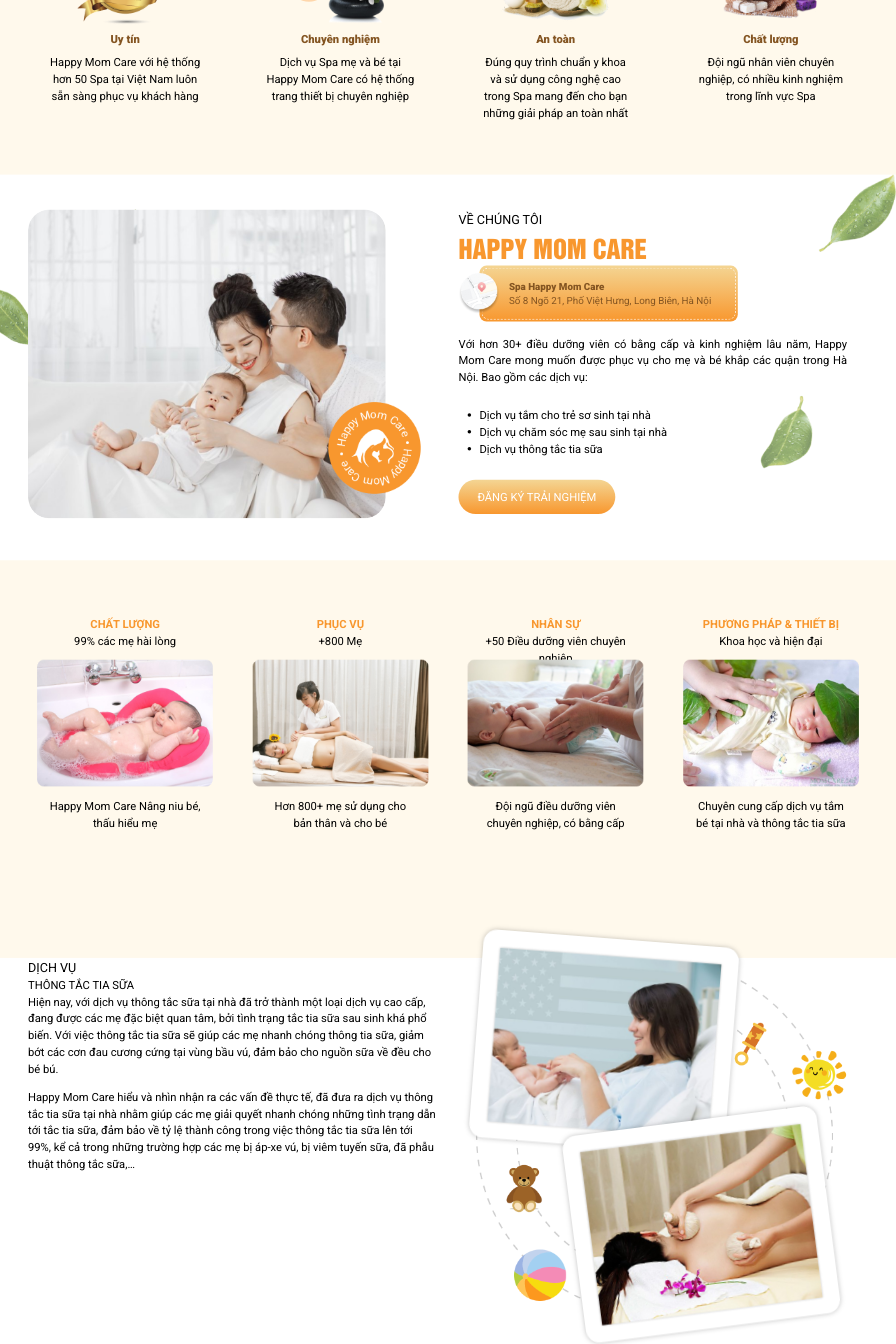
Repository: haianh12082001/happymom
Page: index.html
These files come from the project's save history. The page is drawn as it stood at one moment and after the next save; the edit follows.
The browser window is 1280 px wide. The pictures show the part of the page from y = 869 to 2789 px (the page is 2789 px tall), at 70% of full size.
Some web libraries are served in a nearby version. The style sheet was rebuilt from its Sass, Less or Tailwind sources for each picture, by a compiler version that may differ from the author's.

Above is the page before, as saved 2021-11-16 10:07:44.

### index.html
<!DOCTYPE html>
<html lang="en">
    <head>
        <meta charset="UTF-8" />
        <meta http-equiv="X-UA-Compatible" content="IE=edge" />
        <meta name="viewport" content="width=device-width, initial-scale=1.0" />
        <title>Document</title>
        <link href="https://fonts.googleapis.com/css2?family=Roboto:wght@300;400;500;700;900&display=swap" rel="stylesheet" />
        <link rel="stylesheet" href="./assets/fonts/fontawesome-free-5.15.3/css/all.min.css" />
        <link
            rel="stylesheet"
            href="https://cdn.jsdelivr.net/npm/bootstrap@4.6.0/dist/css/bootstrap.min.css"
            integrity="sha384-B0vP5xmATw1+K9KRQjQERJvTumQW0nPEzvF6L/Z6nronJ3oUOFUFpCjEUQouq2+l"
            crossorigin="anonymous"
        />
        <link rel="stylesheet" href="./assets/css/app.css" />
    </head>
    <body>
        <div class="topbar">
            <div class="topbar__container container">
                <div class="topbar__logo">
                    <img src="./assets/img/logo.png" alt="" />
                </div>
                <div class="topbar__openTime">
                    <div class="openTime__text">Giờ mở cửa</div>
                    <div class="openTime__time">8h00 - 16h00</div>
                </div>
                <div class="topbar__seach">
                    <input type="text" name="" id="" placeholder="Tìm kiếm" />
                    <button class="button__seach">
                        <i class="fas fa-search r"></i>
                    </button>
                </div>
                <div class="topbar__hotline">
                    <div class="hotline__icon">
                        <img src="./assets/img/icon__phone.png" alt="" />
                    </div>
                    <div class="hotline__text">
                        <p class="hotline__text--top">Hotline:</p>
                        <p class="hotline__text--bottom">0944 430 977</p>
                    </div>
                </div>
                <div class="topbar__book">
                    <div class="book__icon">
                        <i class="fas fa-calendar-alt"></i>
                    </div>
                    <p class="book__text">Đặt lịch hẹn</p>
                </div>
            </div>
        </div>
        <header class="header">
            <div class="header__container container">
                <ul class="header__list">
                    <li class="header__item">
                        <a href="#" class="header__link">Trang chủ</a>
                    </li>
                    <li class="header__item">
                        <a href="#" class="header__link">Giới thiệu</a>
                    </li>
                    <li class="header__item">
                        <a href="#" class="header__link">Dịch vụ</a>
                    </li>
                    <li class="header__item">
                        <a href="#" class="header__link">Khoá học</a>
                    </li>
                    <li class="header__item">
                        <a href="#" class="header__link">Hệ thống đại lý</a>
                    </li>
                    <li class="header__item">
                        <a href="#" class="header__link">Tin tức</a>
                    </li>
                    <li class="header__item">
                        <a href="#" class="header__link">Liên hệ</a>
                    </li>
                </ul>
                <ul class="header__social">
                    <li>
                        <a href="#">
                            <i class="fab fa-facebook-f"></i>
                        </a>
                    </li>
                    <li>
                        <a href="#">
                            <i class="fab fa-twitter"></i>
                        </a>
                    </li>
                    <li>
                        <a href="#">
                            <i class="fab fa-google-plus-g"></i>
                        </a>
                    </li>
                    <li>
                        <a href="#">
                            <i class="fab fa-skype"></i>
                        </a>
                    </li>
                </ul>
            </div>
        </header>
        <section class="banner">
            <div class="banner__content">
                <div class="banner__img">
                    <img src="./assets/img/banner/Rectangle 28.png" alt="" />
                </div>
                <!-- <div class="banner__phone">
                    <div class="icon">
                        <i class="fas fa-phone-alt"></i>
                    </div>
                    <div class="text">0944 430 977</div>
                </div> -->
            </div>
        </section>
        <section class="bannerAdv">
            <div class="bannerAdv__container container">
                <div class="row">
                    <div class="bannerAdv__item col-lg-3">
                        <div class="bannerAdv__item--top">
                            <div class="text">01</div>
                            <img src="./assets/img/bannerAdv/pngwing 6.png" alt="" />
                        </div>
                        <div class="bannerAdv__item--bottom">
                            <div class="name">Uy tín</div>
                            <p class="des">Happy Mom Care với hệ thống hơn 50 Spa tại Việt Nam luôn sẵn sàng phục vụ khách hàng</p>
                        </div>
                    </div>
                    <div class="bannerAdv__item col-lg-3">
                        <div class="bannerAdv__item--top">
                            <div class="text">02</div>
                            <img src="./assets/img/bannerAdv/pngwing 8.png" alt="" />
                        </div>
                        <div class="bannerAdv__item--bottom">
                            <div class="name">Chuyên nghiệm</div>
                            <p class="des">Dịch vụ Spa mẹ và bé tại Happy Mom Care có hệ thống trang thiết bị chuyên nghiệp</p>
                        </div>
                    </div>
                    <div class="bannerAdv__item col-lg-3">
                        <div class="bannerAdv__item--top">
                            <div class="text">03</div>
                            <img src="./assets/img/bannerAdv/pngwing 9.png" alt="" />
                        </div>
                        <div class="bannerAdv__item--bottom">
                            <div class="name">An toàn</div>
                            <p class="des">Đúng quy trình chuẩn y khoa và sử dụng công nghệ cao trong Spa mang đến cho bạn những giải pháp an toàn nhất</p>
                        </div>
                    </div>
                    <div class="bannerAdv__item col-lg-3">
                        <div class="bannerAdv__item--top">
                            <div class="text">04</div>
                            <img src="./assets/img/bannerAdv/pngwing 10.png" alt="" />
                        </div>
                        <div class="bannerAdv__item--bottom">
                            <div class="name">Chất lượng</div>
                            <p class="des">Đội ngũ nhân viên chuyên nghiệp, có nhiều kinh nghiệm trong lĩnh vực Spa</p>
                        </div>
                    </div>
                </div>
            </div>
        </section>
        <section class="introduce">
            <div class="introduce__container container">
                <div class="row">
                    <div class="col-lg-6">
                        <div class="introduce__img">
                            <img src="./assets/img/Rectangle 33.png" alt="" />
                        </div>
                    </div>
                    <div class="col-lg-6">
                        <div class="introduce__heading">Về chúng tôi</div>
                        <div class="introduce__name">Happy mom care</div>
                        <div class="introduce__address">
                            <div class="introduce__address--img">
                                <img src="./assets/img/Ellipse 29.png" alt="" />
                            </div>
                            <div class="introduce__address--text">
                                <p>Spa Happy Mom Care</p>
                                <span>Số 8 Ngõ 21, Phố Việt Hưng, Long Biên, Hà Nội</span>
                            </div>
                        </div>
                        <div class="introduce__text">
                            <p>
                                Với hơn 30+ điều dưỡng viên có bằng cấp và kinh nghiệm lâu năm, Happy Mom Care mong muốn được phục vụ cho mẹ và bé khắp các quận
                                trong Hà Nội. Bao gồm các dịch vụ:
                            </p>
                            <ul class="text__list">
                                <li>Dịch vụ tắm cho trẻ sơ sinh tại nhà</li>
                                <li>Dịch vụ chăm sóc mẹ sau sinh tại nhà</li>
                                <li>Dịch vụ thông tắc tia sữa</li>
                            </ul>
                        </div>
                        <div class="introduce__btn">
                            <a href="">Đăng ký trải nghiệm</a>
                        </div>
                    </div>
                </div>
            </div>
        </section>
        <section class="blog">
            <div class="blog__container container">
                <div class="row">
                    <div class="blog__item col-lg-3">
                        <div class="blog__name">Chất lượng</div>
                        <div class="blog__subname">99% các mẹ hài lòng</div>
                        <div class="blog__img">
                            <img src="./assets/img/blog/Rectangle 35 (3).png" alt="" />
                        </div>
                        <div class="blog__des">Happy Mom Care Nâng niu bé, thấu hiểu mẹ</div>
                        <div class="blog__btn btn">
                            <a href="">Tìm hiểu thêm</a>
                            <img class="blog__btn--img" src="./assets/img/blog/plant 1.png" alt="" />
                        </div>
                    </div>
                    <div class="blog__item col-lg-3">
                        <div class="blog__name">Phục vụ</div>
                        <div class="blog__subname">+800 Mẹ</div>
                        <div class="blog__img">
                            <img src="./assets/img/blog/Rectangle 35 (4).png" alt="" />
                        </div>
                        <div class="blog__des">Hơn 800+ mẹ sử dụng cho bản thân và cho bé</div>
                        <div class="blog__btn btn">
                            <a href="">Tìm hiểu thêm</a>
                            <img class="blog__btn--img" src="./assets/img/blog/plant 1.png" alt="" />
                        </div>
                    </div>
                    <div class="blog__item col-lg-3">
                        <div class="blog__name">Nhân sự</div>
                        <div class="blog__subname">+50 Điều dưỡng viên chuyên nghiệp</div>
                        <div class="blog__img">
                            <img src="./assets/img/blog/Rectangle 35 (5).png" alt="" />
                        </div>
                        <div class="blog__des">Đội ngũ điều dưỡng viên chuyên nghiệp, có bằng cấp</div>
                        <div class="blog__btn btn">
                            <a href="">Tìm hiểu thêm</a>
                            <img class="blog__btn--img" src="./assets/img/blog/plant 1.png" alt="" />
                        </div>
                    </div>
                    <div class="blog__item col-lg-3">
                        <div class="blog__name">PHƯƠNG PHÁP & THIẾT BỊ</div>
                        <div class="blog__subname">Khoa học và hiện đại</div>
                        <div class="blog__img">
                            <img src="./assets/img/blog/Rectangle 35 (6).png" alt="" />
                        </div>
                        <div class="blog__des">Chuyên cung cấp dịch vụ tắm bé tại nhà và thông tắc tia sữa</div>
                        <div class="blog__btn btn">
                            <a href="">Tìm hiểu thêm</a>
                            <img class="blog__btn--img" src="./assets/img/blog/plant 1.png" alt="" />
                        </div>
                    </div>
                </div>
            </div>
        </section>
        <seaction class="serviceOne">
            <div class="serviceOne__container container">
                <div class="row">
                    <div class="col-lg-6 serviceOne__left">
                        <div class="service__title">Dịch vụ</div>
                        <div class="service__name">Thông tắc tia sữa</div>
                        <p>
                            Hiện nay, với dịch vụ thông tắc sữa tại nhà đã trở thành một loại dịch vụ cao cấp, đang được các mẹ đặc biệt quan tâm, bởi tình
                            trạng tắc tia sữa sau sinh khá phổ biến. Với việc thông tắc tia sữa sẽ giúp các mẹ nhanh chóng thông tia sữa, giảm bớt các cơn đau
                            cương cứng tại vùng bầu vú, đảm bảo cho nguồn sữa về đều cho bé bú.
                        </p>
                        <p>
                            Happy Mom Care hiểu và nhìn nhận ra các vấn đề thực tế, đã đưa ra dịch vụ thông tắc tia sữa tại nhà nhằm giúp các mẹ giải quyết
                            nhanh chóng những tình trạng dẫn tới tắc tia sữa, đảm bảo về tỷ lệ thành công trong việc thông tắc tia sữa lên tới 99%, kể cả trong
                            những trường hợp các mẹ bị áp-xe vú, bị viêm tuyến sữa, đã phẫu thuật thông tắc sữa,…
                        </p>
                    </div>
                    <div class="col-lg-6 serviceOne__right">
                        <div class="bigCircle__img">
                            <img src="./assets/img/serviceOne/Group 392.png" alt="" />
                        </div>
                        <div class="serviceOne__img--top">
                            <img src="./assets/img/serviceOne/Rectangle 37 (1).png" alt="" />
                        </div>
                        <div class="serviceOne__img--bottom">
                            <img src="./assets/img/serviceOne/Rectangle 38 (1).png" alt="" />
                        </div>
                    </div>
                </div>
            </div>
        </seaction>
        <script type="text/javascript" src="https://code.jquery.com/jquery-1.11.0.min.js"></script>
        <script type="text/javascript" src="https://code.jquery.com/jquery-migrate-1.2.1.min.js"></script>
        <script
            src="https://cdnjs.cloudflare.com/ajax/libs/bootstrap/4.6.0/js/bootstrap.min.js"
            integrity="sha512-XKa9Hemdy1Ui3KSGgJdgMyYlUg1gM+QhL6cnlyTe2qzMCYm4nAZ1PsVerQzTTXzonUR+dmswHqgJPuwCq1MaAg=="
            crossorigin="anonymous"
            referrerpolicy="no-referrer"
        ></script>
        <script type="text/javascript" src="https://cdn.jsdelivr.net/npm/slick-carousel@1.8.1/slick/slick.min.js"></script>
        <script src="./assets/js/main.js"></script>
    </body>
</html>

### assets/sass/app.scss
@import "variables";
@import "reset";
@import "global";
@import "topbar";
@import "header";
@import "banner";
@import "bannerAdv";
@import "introduce";
@import "blog";
@import "service";

### assets/sass/_variables.scss
$font-family: "Roboto", sans-serif;
$color-global: #f8972e;
$text-color: #000000;

### assets/sass/_reset.scss
html {
    box-sizing: border-box;
    scroll-behavior: smooth;
}
* {
    margin: 0;
    padding: 0;
}
*,
*:before,
*:after {
    box-sizing: border-box;
}
input,
textarea,
select,
button {
    outline: none;
}
input {
    line-height: normal;
    outline: none;
    box-shadow: none;
}
input:focus {
    outline: 0;
    border: none;
    box-shadow: none;
}
ul,
li {
    margin: 0;
    padding: 0;
    list-style: none;
}
label,
button {
    cursor: pointer;
}
a {
    text-decoration: none;
    &:hover {
        text-decoration: none;
    }
}
img {
    display: block;
    max-width: 100%;
}

### assets/sass/_global.scss
@font-face {
    font-family: "UTM";
    font-display: swap;
    src: url("../fonts/word/UTM\ HelvetIns.ttf") format("truetype");
}
@font-face {
    font-family: "Time";
    font-display: swap;
    src: url("../fonts/word/timesbd.ttf") format("truetype");
}
body {
    font-family: $font-family;
    margin: 0;
    padding: 0;
    width: 100%;
    font-size: 16px;
    color: $text-color;
}
.container {
    max-width: 1230px;
    margin: 0 auto;
    padding: 0 15px;
}

### assets/sass/_header.scss
.header {
    // height: 59px;
    background: $color-global;
    &__container {
        display: flex;
        justify-content: space-between;
        align-items: center;
    }
    &__list {
        display: flex;
        justify-content: space-between;
        text-transform: uppercase;
        align-items: center;
        // column-gap: 66px;
    }
    &__item {
        margin-left: 66px;
        padding: 16px 0;
        &:first-child {
            margin-left: 0;
        }
    }
    &__link {
        color: #fff;
        font-weight: 500;
    }
    &__social {
        display: flex;
        align-items: center;
        li {
            width: 31px;
            height: 31px;
            background: #fff;
            border-radius: 50%;
            margin-left: 8px;
            i {
                display: flex;
                height: 100%;
                justify-content: center;
                align-items: center;
            }
        }
    }
}

### assets/sass/_banner.scss
.banner {
    position: relative;
    &__img img {
        width: 100%;
        max-height: 598px;
    }
    &__phone {
        color: #845522;
        display: flex;
        .text {
            font-family: "UTM";
        }
    }
}

### assets/sass/_bannerAdv.scss
.bannerAdv {
    background: #fff9ec;
    padding: 25px 0 60px;
    &__container {
    }
    &__item {
        padding: 0px 46px;
        display: flex;
        flex-direction: column;
        align-items: center;
        &--top {
            position: relative;
            display: inline-block;
            max-width: 180px;
            height: 207px;

            .text {
                color: #ffd7ab;
                font-size: 180px;
                font-weight: 700;
                font-family: "Time";
                line-height: 206px;
            }
            img {
                position: absolute;
                bottom: 10px;
                left: 50%;
                transform: translateX(-50%);
            }
        }
        &--bottom {
            text-align: center;
            .name {
                color: #845522;
                margin-bottom: 9px;
                font-weight: 900;
            }
        }
    }
}

### assets/sass/_blog.scss
.blog {
    padding-top: 40px;
    padding-bottom: 60px;
    background: #fff9ec;
    &__item {
        padding: 40px 28px 55px 28px;
    }
    &__name {
        text-align: center;
        text-transform: uppercase;
        color: $color-global;
        font-weight: 700;
    }
    &__subname {
        text-align: center;
        // margin-bottom: 13px;
        height: 38px;
    }
    &__des {
        text-align: center;
        padding: 17px;
        display: -webkit-box;
        -webkit-line-clamp: 2;
        -webkit-box-orient: vertical;
        overflow: hidden;
        text-overflow: ellipsis;
        word-break: break-word;
        // height: 59px;
    }
    &__btn {
        text-align: center;
        margin-top: 10px;
        position: relative;
        display: inherit;
        visibility: hidden;
        a {
            padding: 15px 28px 11px 28px;
            background: linear-gradient(180deg, #f4d593 0%, #f8972e 100%);
            border-radius: 50px;
            text-transform: uppercase;
            color: #fff;
            font-weight: 500;
            box-shadow: 0 3px 0px rgba($color: #c2611c, $alpha: 1);
        }
        &--img {
            position: absolute;
            bottom: 0;
            right: 0;
            transform: translateX(25%);
        }
    }
    &__item:hover {
        box-shadow: 0px 0px 20px rgba(239, 206, 168, 0.5);
        border-radius: 20px;
        .blog__btn {
            visibility: initial;
        }
    }
}

### assets/sass/_service.scss
.service {
    &__title {
        text-transform: uppercase;
        font-size: 18px;
    }
    &__name {
        text-transform: uppercase;
    }
}
.serviceOne {
    &__right {
        padding: 0 40px;
        position: relative;
    }
    &__img--top {
        position: absolute;
        top: -28px;
        // left: 0;
        padding: 20px;
        filter: drop-shadow(0px 0px 4px rgba(0, 0, 0, 0.25));
        transform: rotate(4.47deg);
        border-radius: 20px;
        background: #fff;
        img {
            width: 326px;
            height: 258px;
            // object-fit: cover;
        }
    }
    &__img--bottom {
        position: absolute;
        bottom: -20px;
        right: 70px;
        padding: 20px;
        filter: drop-shadow(0px 0px 4px rgba(0, 0, 0, 0.25));
        transform: rotate(-7.32deg);
        border-radius: 20px;
        background: #fff;
        img {
            width: 326px;
            height: 258px;
        }
    }
}

Loaded but not shown: assets/fonts/fontawesome-free-5.15.3/css/all.min.css (library); assets/sass/_introduce.scss (117 lines, source omitted); assets/sass/_topbar.scss (95 lines, source omitted); assets/js/main.js (no copy from this time; the picture is the same without it)

After the next save:
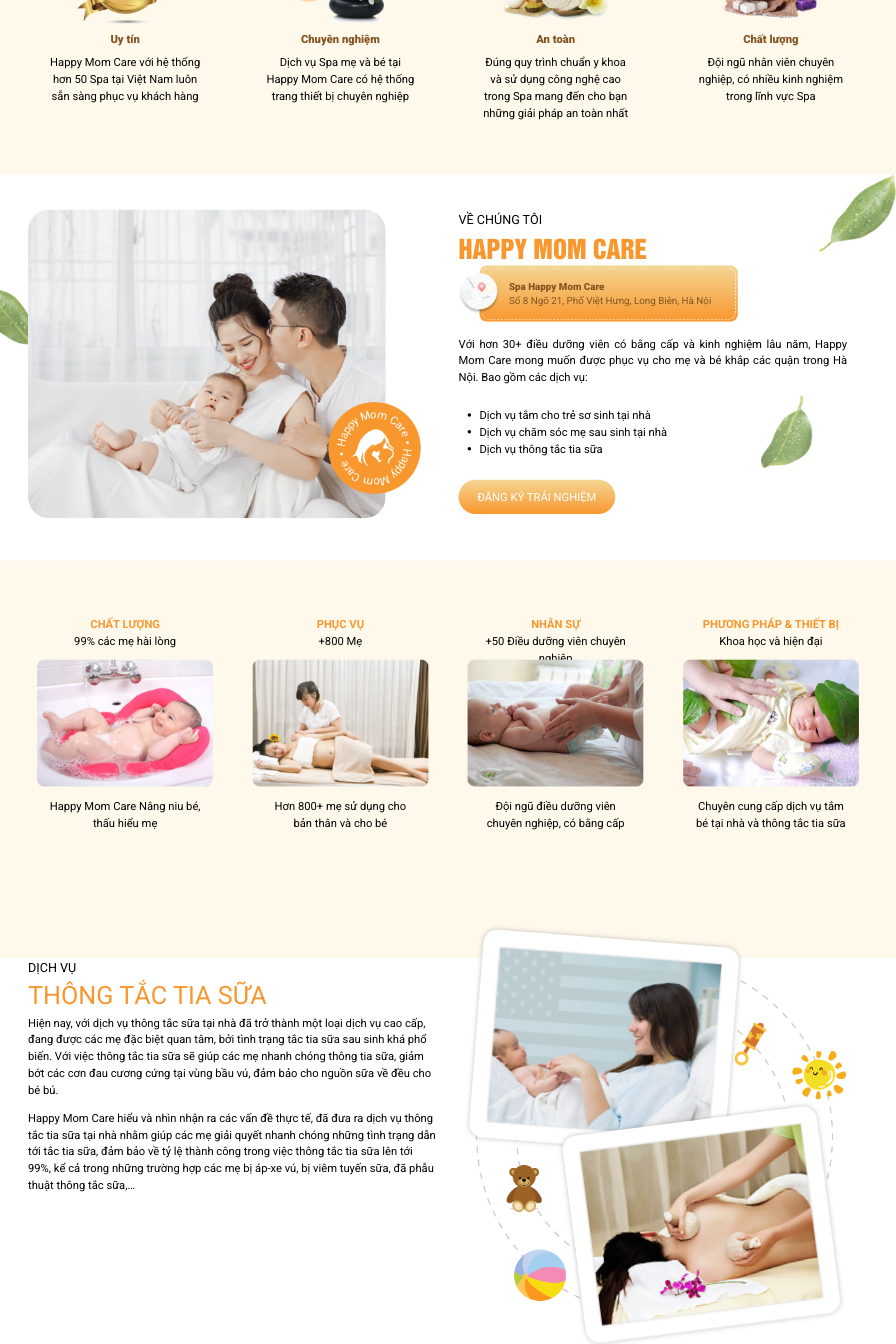
Saved 27 s later.
--- a/assets/sass/_service.scss
+++ b/assets/sass/_service.scss
@@ -5,6 +5,8 @@
     }
     &__name {
         text-transform: uppercase;
+        font-size: 36px;
+        color: $color-global;
     }
 }
 .serviceOne {
